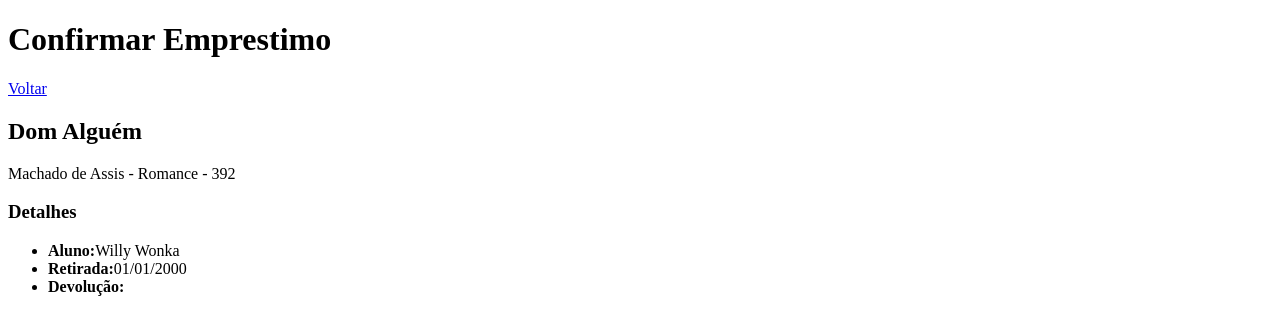
Repository: melloeduarda/html
Page: confirmar.html
These files come from the project's save history. The page is drawn as it stood at one moment and after a run of saves; the edit follows.
The browser window is 1280 px wide. The pictures show the whole page.

Above is the page before, as saved 2026-10-28 16:21:08.

After the next 3 saves:
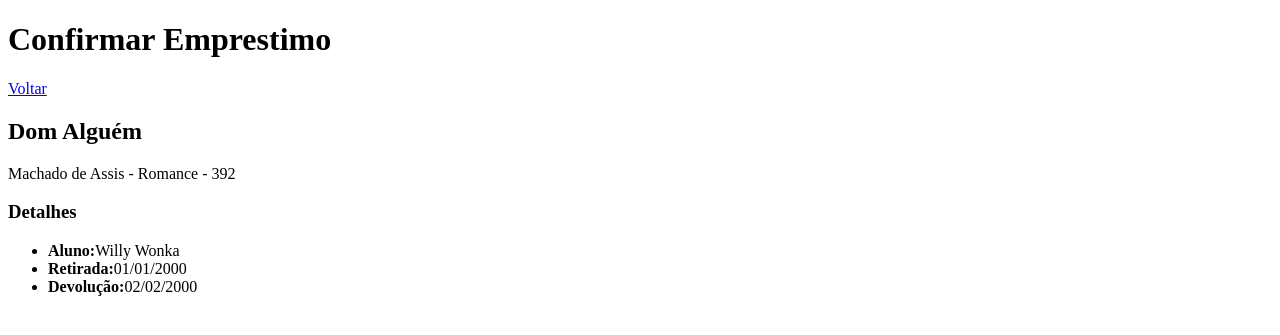
The 3 saves are shown as one change because they came seconds apart.
The last was saved 12 s later.
--- a/confirmar.html
+++ b/confirmar.html
@@ -18,7 +18,7 @@
         <ul>
             <li><strong>Aluno:</strong>Willy Wonka</li>
             <li><strong>Retirada:</strong>01/01/2000</li>
-            <li><strong>Devolução:</strong></li>
+            <li><strong>Devolução:</strong>02/02/2000</li>
         </ul>
 </body>
 </html>
